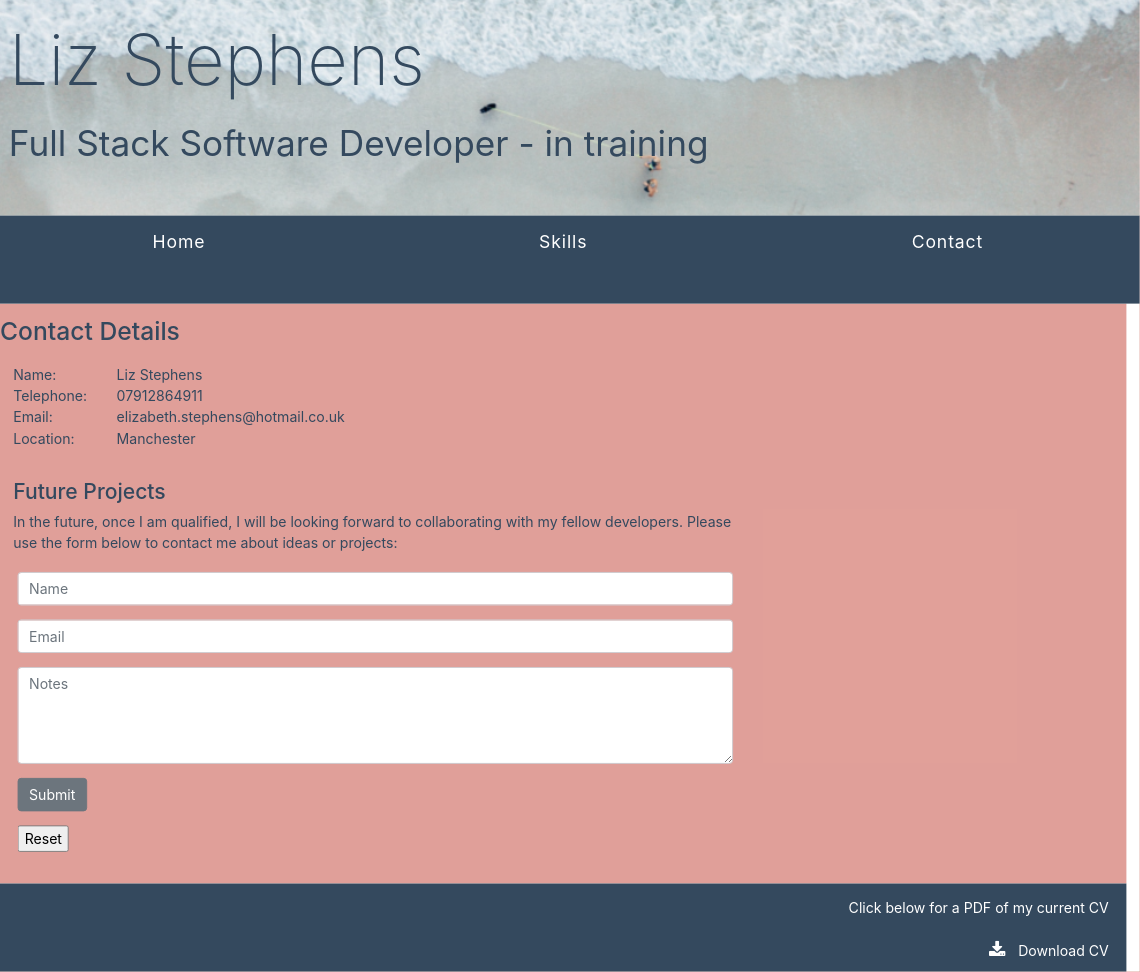
Repository: Liz94688/portfolio-site
Page: contact.html
The author's editor kept a record of every edit. The page is drawn from the files as they stood at one moment, then again after the next edit.
The browser window is 1280 px wide. The page is 1295 px wide, so the pictures cover 1295 px, including what lies to the right of the window. The pictures show the whole page, at 88% of full size.

Above is the page before.

After the next edit:
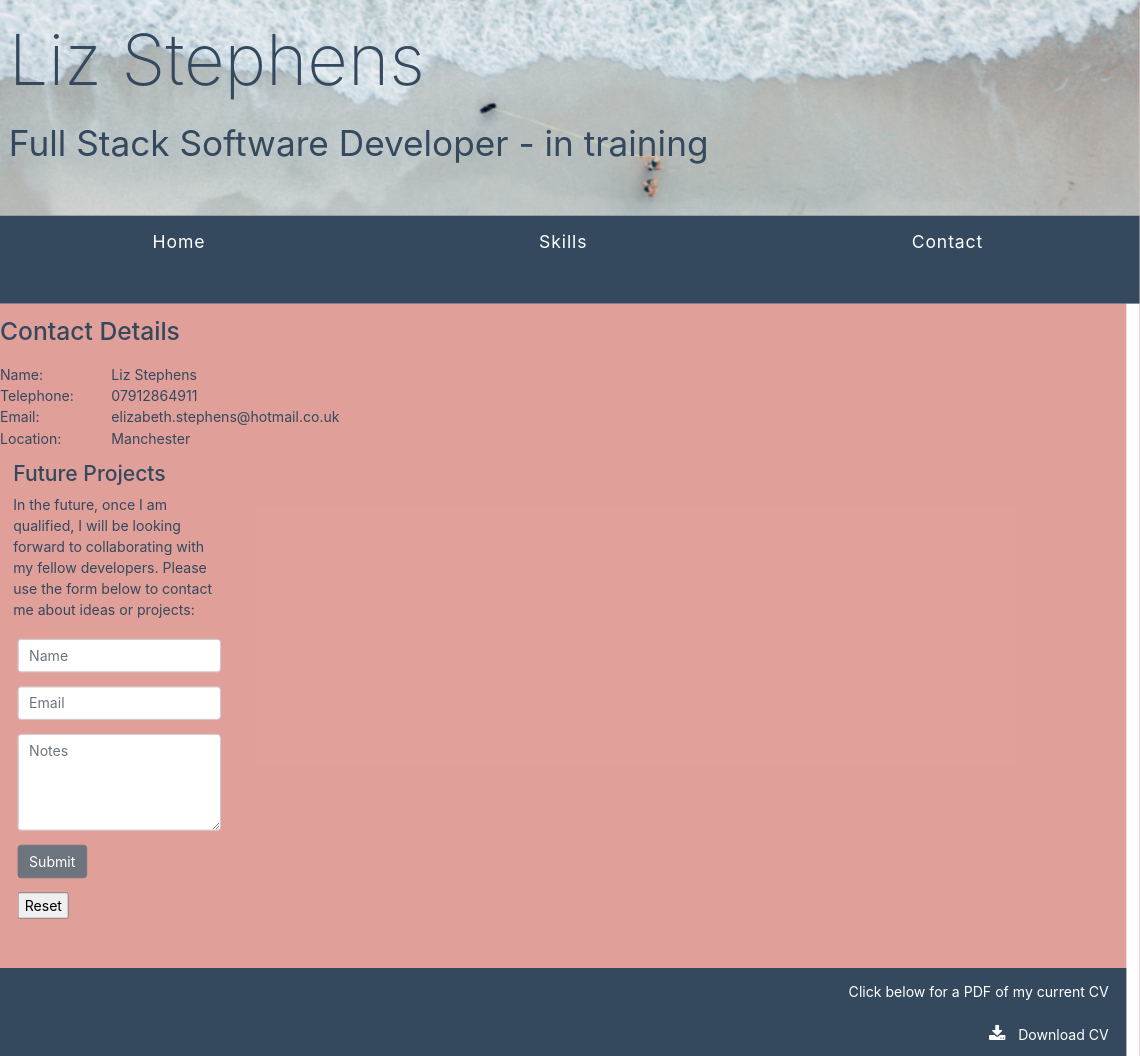
The edit:
--- a/contact.html
+++ b/contact.html
@@ -48,36 +48,35 @@
                             Contact Details
                         </h3>
                     </div>
+
+
+                <div class="col-12 contact-details-itemised">
+                    <div class="key">
+                        <p>Name:</p>
+                    </div>
+                    <div class="value">
+                        <p>Liz Stephens</p>
+                    </div>
+                    <div class="key">
+                        <p>Telephone:</p>
+                    </div>
+                    <div class="value">
+                        <p>07912864911</p>
+                    </div>
+                    <div class="key">
+                        <p>Email:</p>
+                    </div>
+                    <div class="value">
+                        <p>elizabeth.stephens@hotmail.co.uk</p>
+                    </div>
+                    <div class="key">
+                        <p>Location:</p>
+                    </div>
+                    <div class="value">
+                        <p>Manchester</p>
+                    </div>
                 </div>
 
-                        <div class="col-12 contact-details-itemised">
-                            <div class="key">
-                                <p>Name:</p>
-                            </div>
-                            <div class="value">
-                                <p>Liz Stephens</p>
-                            </div>
-                            <div class="key">
-                                <p>Telephone:</p>
-                            </div>
-                            <div class="value">
-                                <p>07912864911</p>
-                            </div>
-                            <div class="key">
-                                <p>Email:</p>
-                            </div>
-                            <div class="value">
-                                <p>elizabeth.stephens@hotmail.co.uk</p>
-                            </div>
-                            <div class="key">
-                                <p>Location:</p>
-                            </div>
-                            <div class="value">
-                                <p>Manchester</p>
-                            </div>
-                        </div>
-                    </div>
-                </div>
 
             </div>
 
